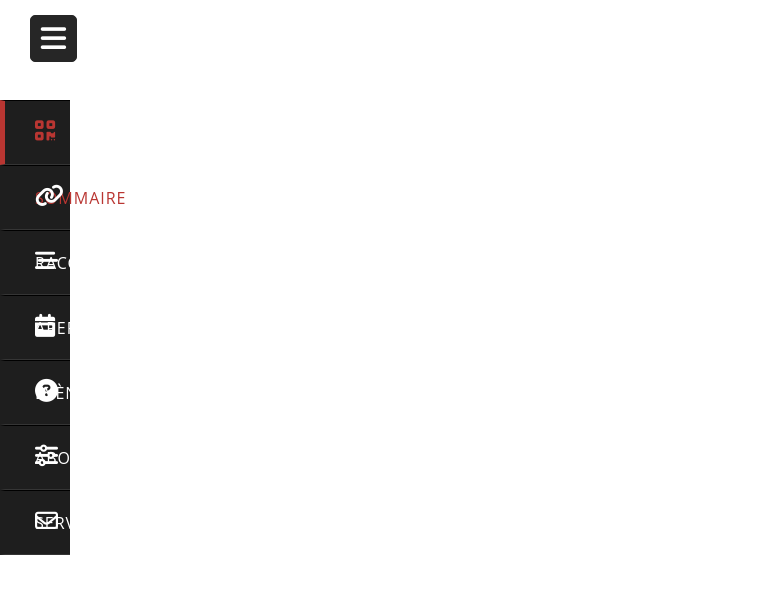
Repository: Alex-Serky/Dossier-Nav
Page: Nav-Responsive/index.html
The author's editor kept a copy of each file at every save. The page is drawn from the files as they stood at one save, then again after the next save.
The browser window is 768 px wide. The pictures show the whole page.
Some web fonts or font styles are not loaded; a fallback is used. Some web libraries are served in a nearby version.

Above is the page before, as saved 2020-02-22 01:19:04.

After the next save:
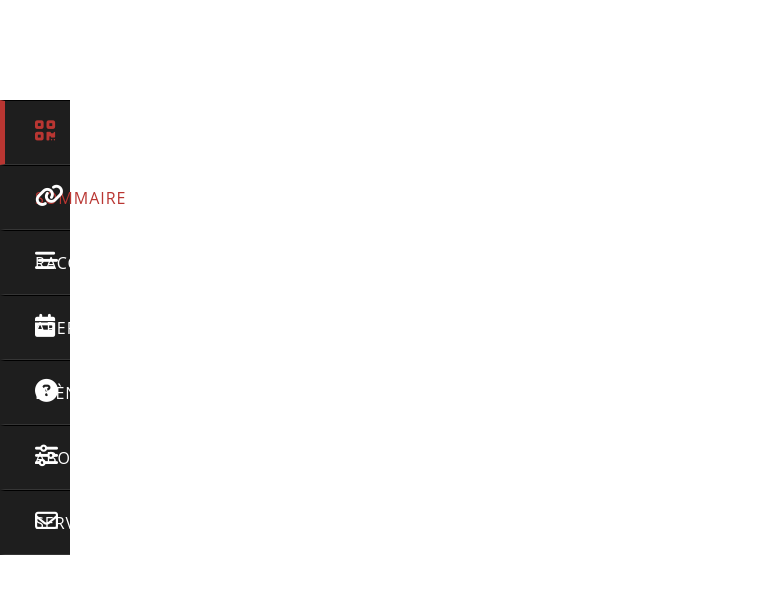
Saved 85 s later.
--- a/Nav-Responsive/style.css
+++ b/Nav-Responsive/style.css
@@ -105,7 +105,9 @@ label #cancel {
         margin: 100px 0;
     }
 
-    header {
+    header,
+    #btn,
+    #cancel {
         display: none;
     }
 }
